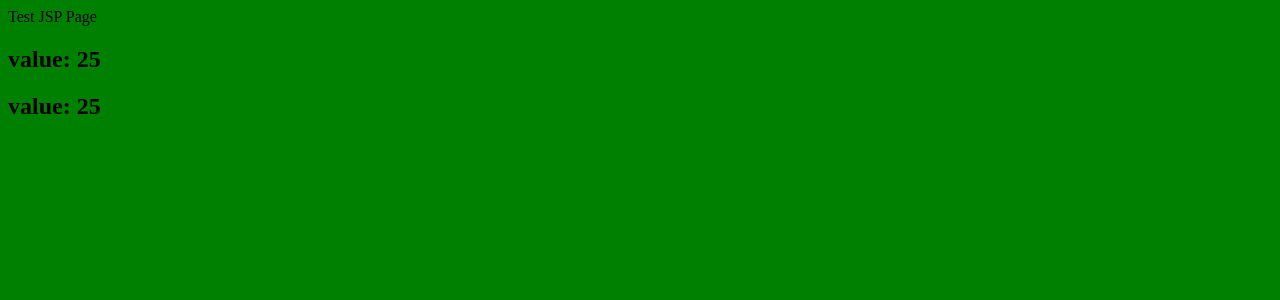
Repository: MayukhBR13/antwalk_classes
Page: http://localhost/DemoDynamic2Project/first.jsp
An editor plug-in stored every save of this project. The page is shown before and after the next save, followed by the edit.
The browser window is 1280 px wide. The pictures show the whole page.
The page is served by Tomcat 9. Other server files are loaded and not shown.

Above is the page before, as saved 2023-02-08 10:27:03.

### DemoDynamic2Project/src/main/webapp/first.jsp
<%@ page language="java" contentType="text/html; charset=UTF-8"
    pageEncoding="UTF-8"  errorPage="error.jsp"%>

<!--  %@ include file="index.html" %-->
<%@taglib uri="http://java.sun.com/jsp/jstl/core" prefix="c"%>
<!--%@ taglib uri="loc of lib,out,h" prefix="p" %>
<p.out><p.h>-->
<!DOCTYPE html>
<html>
<head>
<meta charset="UTF-8">
<title>Insert title here</title>
</head>
<body bgcolor="green">
<!-- set out remove if :test condition:true -->
Test JSP Page
<c:set var="i" value="25"></c:set>
<h2>value: <c:out value="${i}"></c:out></h2>




<h2>value: <c:out value="${i}"></c:out></h2>

<c:if test="$(i>20)">
<h3><c:out value="i"></c:out> is greater than 20</h3>
</c:if>


<c:remove var="i"></c:remove>
</body>
</html>

After the next save:
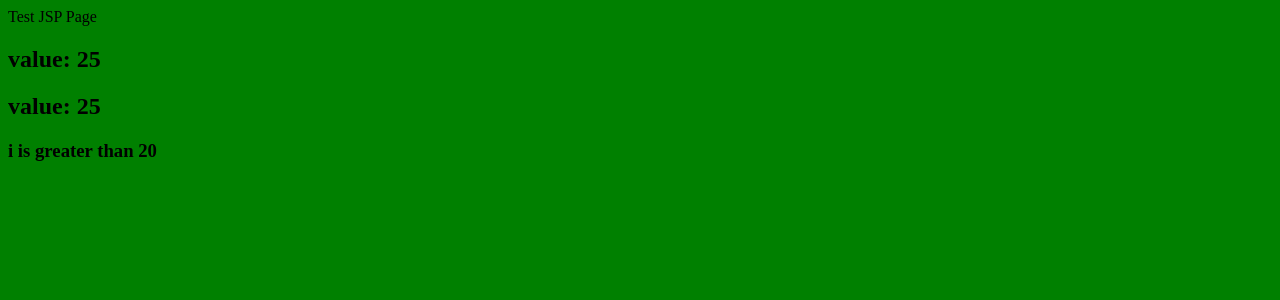
Saved 28 s later.
--- a/DemoDynamic2Project/src/main/webapp/first.jsp
+++ b/DemoDynamic2Project/src/main/webapp/first.jsp
@@ -22,7 +22,7 @@ Test JSP Page
 
 <h2>value: <c:out value="${i}"></c:out></h2>
 
-<c:if test="$(i>20)">
+<c:if test="${i>20}">
 <h3><c:out value="i"></c:out> is greater than 20</h3>
 </c:if>
 
